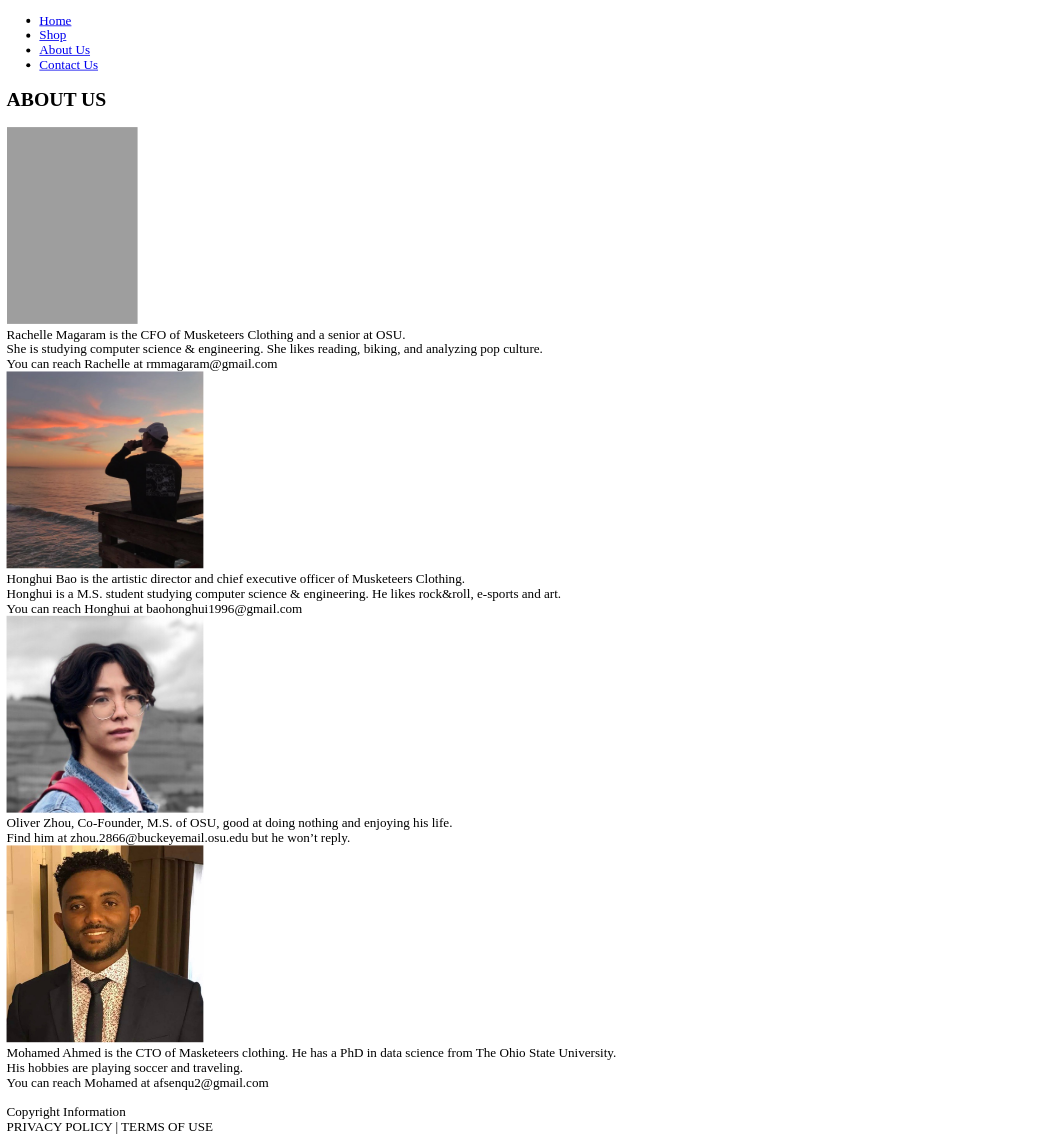
Repository: hamadanoor9/musketeers
Page: http://localhost/MusketeersClothing/WEB-INF/jsp/AboutUs.jsp
These files come from the project's save history. The page is drawn as it stood at one moment and after the next save; the edit follows.
The browser window is 1280 px wide. The pictures show the whole page, at 82% of full size.
Pictures or frames that could not be fetched are drawn as grey boxes. The page is served by Tomcat 9. Nobody is signed in. Other server files are loaded and not shown. The template is opened directly, without the code that normally fills it, so the values that code supplies are empty.

Above is the page before, as saved 2019-10-07 01:43:39.

### MusketeersClothing/WebContent/WEB-INF/jsp/AboutUs.jsp
<%@ page language="java" contentType="text/html; charset=UTF-8"
    pageEncoding="UTF-8"%>
<!DOCTYPE html>
<html>
<head>
<meta charset="UTF-8">
<title>Meet the Team</title>
<jsp:include page="Header.jsp" />
<body>
<h2>ABOUT US</h2>
<img src="images/JKM_4153.jpg" height="240" width="160">
<br>
Rachelle Magaram is the CFO of Musketeers Clothing and a senior at OSU.
<br>She is studying computer science & engineering.
She likes reading, biking, and analyzing pop culture.
<br>You can reach Rachelle at rmmagaram@gmail.com

<br><img src="images/IMG_3451.jpg" height = "240" width="240">
<br>
Honghui Bao is the artistic director and chief executive officer of Musketeers Clothing.
<br>Honghui is a M.S. student studying computer science & engineering.
He likes rock&roll, e-sports and art.
<br> You can reach Honghui at baohonghui1996@gmail.com

<br><img src="images/Ollie.jpg" height = "240" width="240">
<br>Oliver Zhou, Co-Founder, M.S. of OSU, good at doing nothing and enjoying his life.
<br>Find him at zhou.2866@buckeyemail.osu.edu but he won’t reply.

<br><img src="images/MA.jpeg" height = "240" width="240">
<br>Mohamed Ahmed is the CTO of Masketeers clothing. He has a PhD in data science from The Ohio State University.
<br>His hobbies are playing soccer and traveling.
<br>You can reach Mohamed at afsenqu2@gmail.com

</body>
</head>
<jsp:include page="Footer.jsp" />
</html>

### MusketeersClothing/WebContent/WEB-INF/jsp/Header.jsp
<%@ page language="java" contentType="text/html; charset=UTF-8"
    pageEncoding="UTF-8"%>
<!DOCTYPE html>
<html>
<head>
<meta charset="UTF-8">
<title>Menu</title>
<body>
<ul class="nav nav-tabs">
  <li role="presentation" class="active"><a href="/MusketeersClothing">Home</a></li>
  <li role="presentation"><a href="/MusketeersClothing/purchase">Shop</a></li>
  <li role="presentation"><a href="/MusketeersClothing/aboutus">About Us</a></li>
  <li role="presentation"><a href="/MusketeersClothing/contactus">Contact Us</a></li>

</ul>

</body>

</head>
<body>

</body>
</html>

### MusketeersClothing/WebContent/WEB-INF/jsp/Footer.jsp
<%@ page language="java" contentType="text/html; charset=UTF-8"
    pageEncoding="UTF-8"%>
<!DOCTYPE html>
<html>
<head>
<meta charset="UTF-8">
<title>Copyright Information</title>
<br>
<br>
<body>Copyright Information <br>

PRIVACY POLICY | TERMS OF USE</body>
</head>
<body>

</body>
</html>

After the next save:
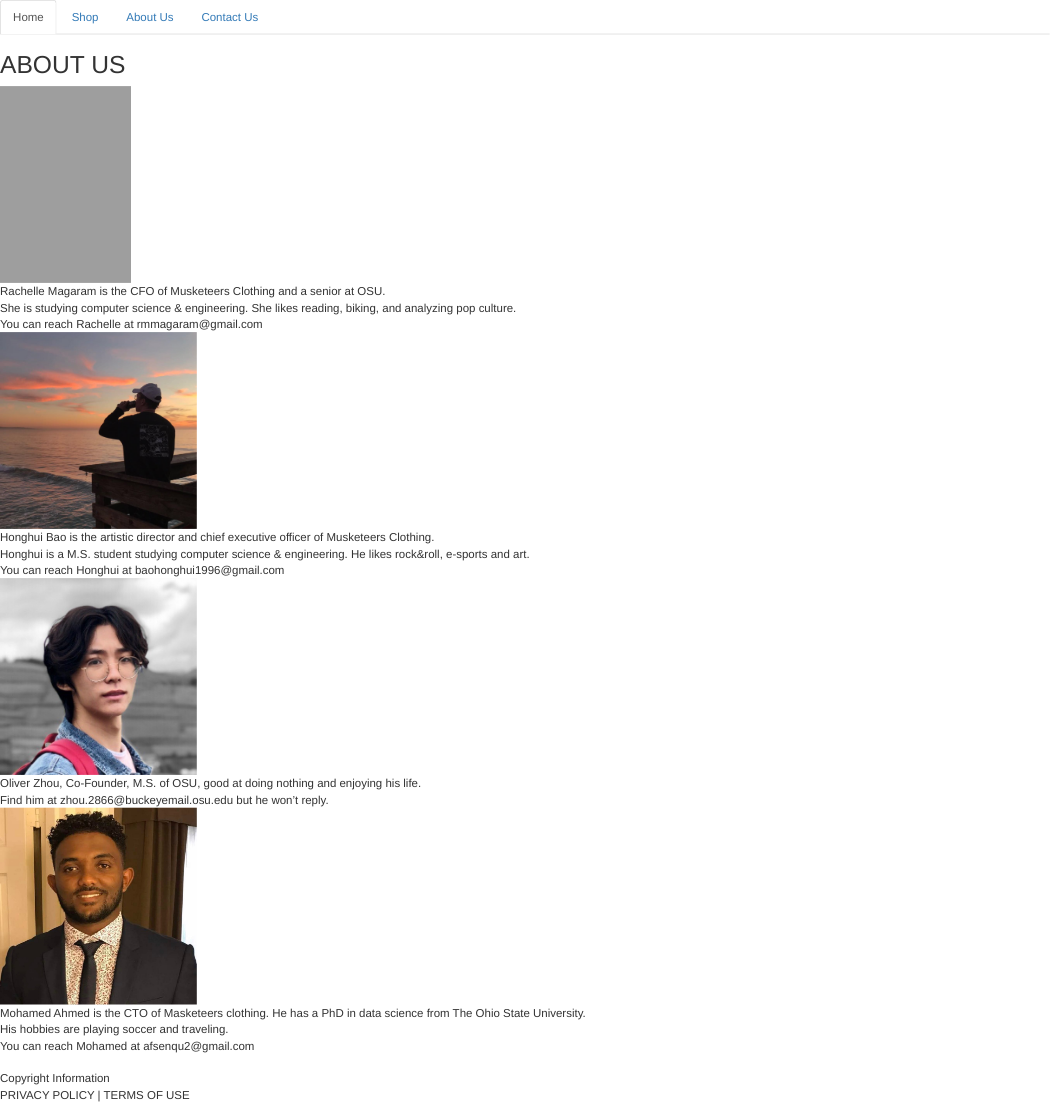
Saved 3 min 24 s later.
--- a/MusketeersClothing/WebContent/WEB-INF/jsp/Header.jsp
+++ b/MusketeersClothing/WebContent/WEB-INF/jsp/Header.jsp
@@ -1,23 +1,31 @@
 <%@ page language="java" contentType="text/html; charset=UTF-8"
     pageEncoding="UTF-8"%>
-<!DOCTYPE html>
-<html>
-<head>
-<meta charset="UTF-8">
-<title>Menu</title>
-<body>
-<ul class="nav nav-tabs">
-  <li role="presentation" class="active"><a href="/MusketeersClothing">Home</a></li>
-  <li role="presentation"><a href="/MusketeersClothing/purchase">Shop</a></li>
-  <li role="presentation"><a href="/MusketeersClothing/aboutus">About Us</a></li>
-  <li role="presentation"><a href="/MusketeersClothing/contactus">Contact Us</a></li>
 
-</ul>
+<!doctype html>
+<html lang="en">
+  <head>
+    <meta charset="utf-8">
+    <meta http-equiv="X-UA-Compatible" content="IE=edge">
+    <meta name="viewport" content="width=device-width, initial-scale=1">
+    <title>Menu | Musketeers Clothing</title>
 
-</body>
 
-</head>
-<body>
+    <link rel="stylesheet" href="https://stackpath.bootstrapcdn.com/bootstrap/3.4.1/css/bootstrap.min.css" integrity="sha384-HSMxcRTRxnN+Bdg0JdbxYKrThecOKuH5zCYotlSAcp1+c8xmyTe9GYg1l9a69psu" crossorigin="anonymous">
 
-</body>
+
+  </head>
+  <body>
+    <ul class="nav nav-tabs">
+	  <li role="presentation" class="active"><a href="/MusketeersClothing">Home</a></li>
+	  <li role="presentation"><a href="/MusketeersClothing/purchase">Shop</a></li>
+	  <li role="presentation"><a href="/MusketeersClothing/aboutus">About Us</a></li>
+	  <li role="presentation"><a href="/MusketeersClothing/contactus">Contact Us</a></li>
+
+	</ul>
+
+    <!-- jQuery (necessary for Bootstrap's JavaScript plugins) -->
+    <script src="https://code.jquery.com/jquery-1.12.4.min.js" integrity="sha384-nvAa0+6Qg9clwYCGGPpDQLVpLNn0fRaROjHqs13t4Ggj3Ez50XnGQqc/r8MhnRDZ" crossorigin="anonymous"></script>
+    <!-- Include all compiled plugins (below), or include individual files as needed -->
+    <script src="https://stackpath.bootstrapcdn.com/bootstrap/3.4.1/js/bootstrap.min.js" integrity="sha384-aJ21OjlMXNL5UyIl/XNwTMqvzeRMZH2w8c5cRVpzpU8Y5bApTppSuUkhZXN0VxHd" crossorigin="anonymous"></script>
+  </body>
 </html>
